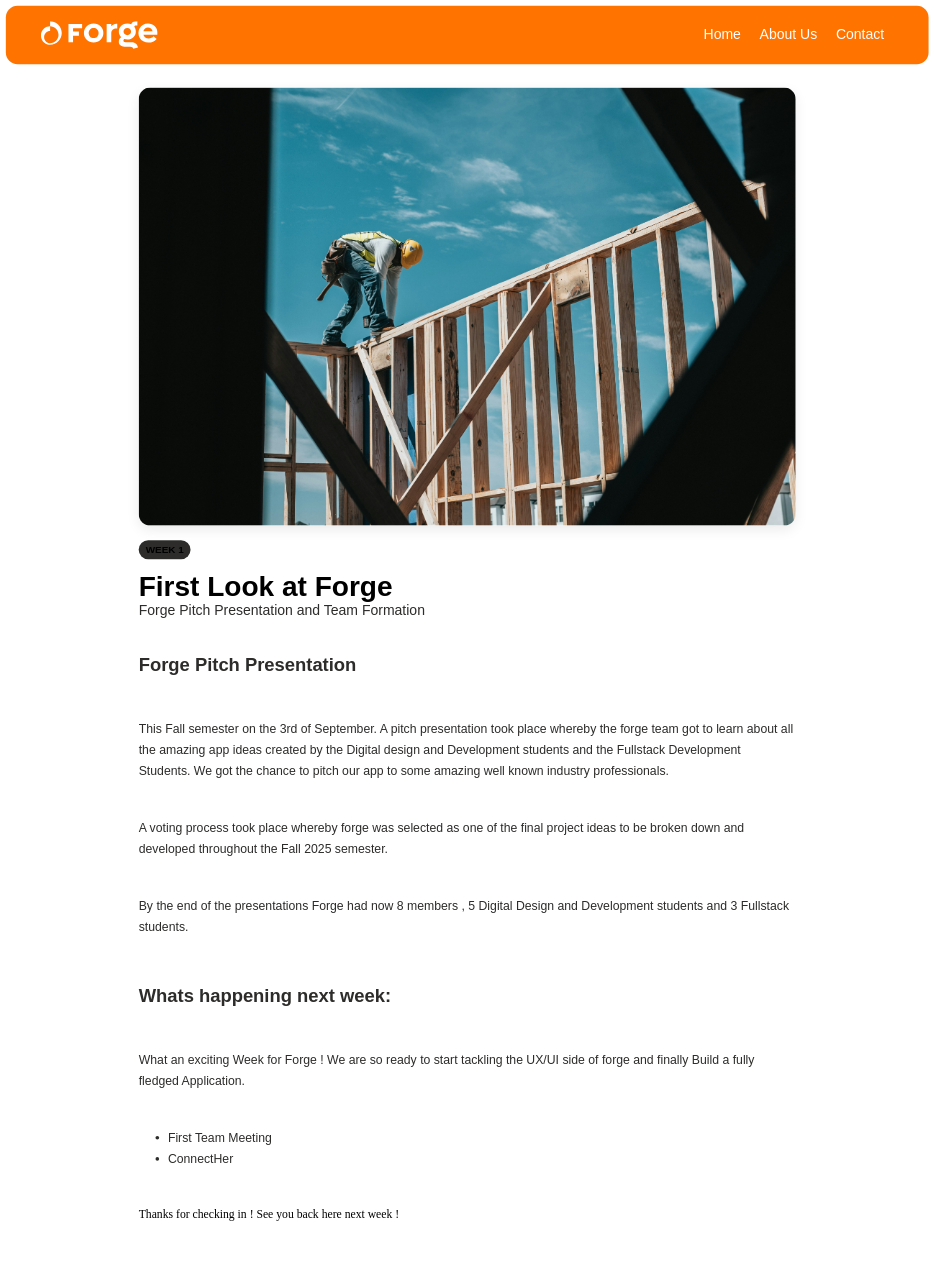
Repository: Forge-IDSP/Blog
Page: /week1
The author's editor kept a copy of each file at every save. The page is drawn from the files as they stood at one save, then again after the next save.
The browser window is 1280 px wide. The pictures show the whole page, at 73% of full size.
The project was rebuilt for these pictures with package versions that can differ from the ones it lists, and the page was loaded fresh each time. Also part of the build but not shown: vite.config.js, src/index.css, src/ui/card/card.module.css, src/ui/card/card.jsx, src/ui/footer/footer.module.css, src/ui/footer/footer.jsx, src/pages/home.jsx, src/pages/week2.jsx and 7 more.

Above is the page before, as saved 2025-10-27 13:12:41.

### index.html
<!DOCTYPE html>
<html lang="en">
    <head>
        <meta charset="UTF-8" />
        <link
            rel="icon"
            type="image/svg+xml"
            href="/vite.svg" />
        <meta
            name="viewport"
            content="width=device-width, initial-scale=1.0" />
        <title>Forge Blog</title>
    </head>
    <body>
        <div id="root"></div>
        <script
            type="module"
            src="/src/main.jsx"></script>
    </body>
</html>

### src/App.jsx
import { BrowserRouter as Router, Routes, Route } from "react-router-dom";
import Home from "./pages/home.jsx";
import Week1 from "./pages/week1.jsx";
import Week2 from "./pages/week2.jsx";
import Week3 from "./pages/week3.jsx";
import Week4 from "./pages/week4.jsx";
import Week5 from "./pages/week5.jsx";
import AboutUs from "./pages/aboutUs.jsx";
import ContactUs from "./pages/contactUs.jsx";

export default function App() {
    return (
        <Router>
            <Routes>
                <Route
                    path='/'
                    element={<Home />}
                />
                <Route
                    path='/week1'
                    element={<Week1 />}
                />
                <Route
                    path='/week2'
                    element={<Week2 />}
                />
                <Route
                    path='/week3'
                    element={<Week3 />}
                />
                <Route
                    path='/week4'
                    element={<Week4 />}
                />
                <Route
                    path='/week5'
                    element={<Week5 />}
                />
                <Route
                    path='/aboutUs'
                    element={<AboutUs />}
                />
                <Route
                    path='/contactUs'
                    element={<ContactUs />}
                />
            </Routes>
        </Router>
    );
}

### src/pages/week1.jsx
import styles from "./blogpost.module.css";
import App from "../App.jsx";
import Header from "../ui/header/header.jsx";

export default function Week1() {
    return (
        <>
            <Header />
            <article className={styles.post}>
                <figure className={styles.hero}>
                    <img
                        src='/blog-image1.jpg'
                        alt='Project Idea Presentation'
                    />
                </figure>

                <header className={styles.post_header}>
                    <span className={styles.week}>Week 1</span>
                    <h1 className={styles.title}>First Look at Forge</h1>
                    <p className={styles.subtitle}>
                        Forge Pitch Presentation and Team Formation
                    </p>
                </header>

                <section className={styles.content}>
                    <h2 className={styles.section_header}>
                        Forge Pitch Presentation
                    </h2>
                    <p>
                        This Fall semester on the 3rd of September. A pitch
                        presentation took place whereby the forge team got to
                        learn about all the amazing app ideas created by the
                        Digital design and Development students and the
                        Fullstack Development Students. We got the chance to
                        pitch our app to some amazing well known industry
                        professionals.
                    </p>
                    <p>
                        A voting process took place whereby forge was selected
                        as one of the final project ideas to be broken down and
                        developed throughout the Fall 2025 semester.
                    </p>
                    <p>
                        By the end of the presentations Forge had now 8 members
                        , 5 Digital Design and Development students and 3
                        Fullstack students.
                    </p>
                </section>
                {/* <section className={styles.content}>
                    <h2>Meet the Team:</h2>
                    <p>Design</p>
                    <div>
                        <img src='/Camer.svg' />
                        <img src='/Camer.svg' />
                        <img src='/Camer.svg' />
                        <img src='/Camer.svg' />
                        <img src='/Camer.svg' />
                    </div>
                    <p>Developemnt</p>
                    <div>
                        <img src='/Camer.svg' />
                        <img src='/Camer.svg' />
                        <img src='/Camer.svg' />
                    </div>
                </section> */}

                <section className={styles.content}>
                    <h2>Whats happening next week:</h2>
                    <p>
                        What an exciting Week for Forge ! We are so ready to
                        start tackling the UX/UI side of forge and finally Build
                        a fully fledged Application.{" "}
                    </p>
                    <ul>
                        <li>First Team Meeting</li>
                        <li>ConnectHer</li>
                    </ul>
                </section>

                <p>Thanks for checking in ! See you back here next week ! </p>
            </article>
        </>
    );
}

### src/ui/header/header.jsx
import style from "./header.module.css";
import { Link } from "react-router-dom";

function Header() {
    return (
        <div className={style.header}>
            <img
                src='/forge-logo.svg'
                alt='Forge Logo'
                className={style.logo}></img>
            <nav className={style.menu}>
                <a
                    className={style.menu_item}
                    href='/'>
                    Home
                </a>
                <Link
                    className={style.menu_item}
                    to='/AboutUs'>
                    About Us
                </Link>

                <Link
                    to='/ContactUs'
                    className={style.menu_item}>
                    Contact
                </Link>
            </nav>
        </div>
    );
}

export default Header;

### src/pages/blogpost.module.css
.post {
    --maxw: 900px;
    margin: 0 auto;
    padding: 1.5rem 3rem;
    max-width: var(--maxw);
    display: grid;
    gap: 1.25rem;
    text-align: left;
}

.hero {
    margin: 0;
    border-radius: 16px;
    overflow: hidden;
    line-height: 0;
    box-shadow: 0 6px 18px rgba(0, 0, 0, 0.08);
}

.hero img {
    width: 100%;
    height: auto;
    display: block;
}

.value_prop_image {
    width: 800;
    height: 450;
}

.header {
    display: grid;
    gap: 0.5rem;
    font-family: var(--font-family);
}

.week {
    display: inline-block;
    font-size: 0.85rem;
    font-weight: bold;
    text-transform: uppercase;
    background: var(--black-500);
    color: var(--black);
    padding: 0.35rem 0.6rem;
    border-radius: 999px;
    width: fit-content;
    margin-bottom: 1rem;
    font-family: var(--font-family);
}

.title {
    font-size: clamp(1.75rem, 3vw, 2.5rem);
    line-height: 1.15;
    margin: 0;
    text-align: left;
    font-family: var(--font-family);
}

.subtitle {
    font-size: clamp(1rem, 2vw, 1.2rem);
    color: var(--black-500);
    margin: 0;
    text-align: left;
    font-family: var(--font-family);
}

.content {
    font-size: 1.05rem;
    line-height: 1.7;
    color: var(--black-500);
    display: grid;
    gap: 1rem;
    text-align: left;
    font-family: var(--font-family);
}

.content a {
    text-decoration: underline;
}

@media (min-width: 1000px) {
    .post {
        padding: 2rem 1rem 3rem;
    }
}

h3 {
    margin-bottom: -20px;
}

### src/App.css
#root {
    /* ----- COLORS ----- */
    --primary-50: #fff1e6;
    --primary-100: #ffd4b0;
    --primary-200: #ffbf8a;
    --primary-300: #ffa155;
    --primary-400: #ff8f34;
    --primary-500: #ff7301;
    --primary-600: #e86901;
    --primary-700: #b55201;
    --primary-800: #8c3f01;
    --primary-900: #6b3000;

    --secondary-50: #eefae6;
    --secondary-100: #cbefb1;
    --secondary-200: #b2e88b;
    --secondary-300: #8fdd55;
    --secondary-400: #79d635;
    --secondary-500: #58cc02;
    --secondary-600: #50ba02;
    --secondary-700: #3e9101;
    --secondary-800: #86967a;
    --secondary-900: #255601;

    /* -- neutral colors -- */

    --offwhite-500: #f9f9f9;
    --white: #ffffff;
    --black-50: #eaeaea;
    --black-100: #bebebd;
    --black-200: #9e9e9d;
    --black-300: #727271;
    --black-400: #575655;
    --black-500: #2d2c2b;

    /* ----- FONT -----  */
    --font-family: "Nunito Sans", sans-serif;
}

.root {
    background-color: var(--white);
    font-family: var(--font-family);
}
.page {
    margin: 0 auto;
    padding: 1rem;
    text-align: center;
    height: 100%;
    margin: 0;
    padding: 0;
    background-color: var(--white);
    display: flex;
    flex-direction: column;
    font-family: var(--font-family);
}

.title {
    font-size: 5rem;
    color: var(--black-500);
    line-height: 5rem;
    margin-bottom: 1rem;
}

.subtitle {
    font-size: 2rem;
    color: var(--black-500);
}

.post_container {
    display: grid;
    grid-template-columns: repeat(3, 1fr);
    gap: 2rem;
    background-color: var(--white);
    padding: 3rem;
    border-radius: 16px;
    align-items: center;
    justify-content: center;
    justify-items: center;
    margin-bottom: 2rem;
    margin-top: 2rem;
}

/* Tablet: 2 columns */
@media (max-width: 1300px) {
    .post_container {
        grid-template-columns: repeat(2, 1fr);
        padding: 1.5rem;
        gap: 1.5rem;
    }
}

/* Mobile: 1 column */
@media (max-width: 600px) {
    .post_container {
        grid-template-columns: 1fr;
        padding: 1rem;
        gap: 1rem;
    }
}

### src/ui/header/header.module.css
.header {
    background-color: var(--primary-500);
    display: flex;
    justify-content: space-between;
    align-items: center;
    padding: 1rem 3rem;
    border-radius: 16px;
}

.logo {
    width: 10rem;
}

.menu {
    display: flex;
    gap: rem;
}

.menu_item {
    font-size: 1.2rem;
    text-decoration: none;
    color: var(--white);
    font-family: var(--font-family);
    padding: 0.8rem;
}

.menu_item:hover {
    font-weight: bold;
    padding: 0.8rem;
    border-radius: 8px;
}

Loaded but not shown: src/main.jsx (common file)

After the next save:
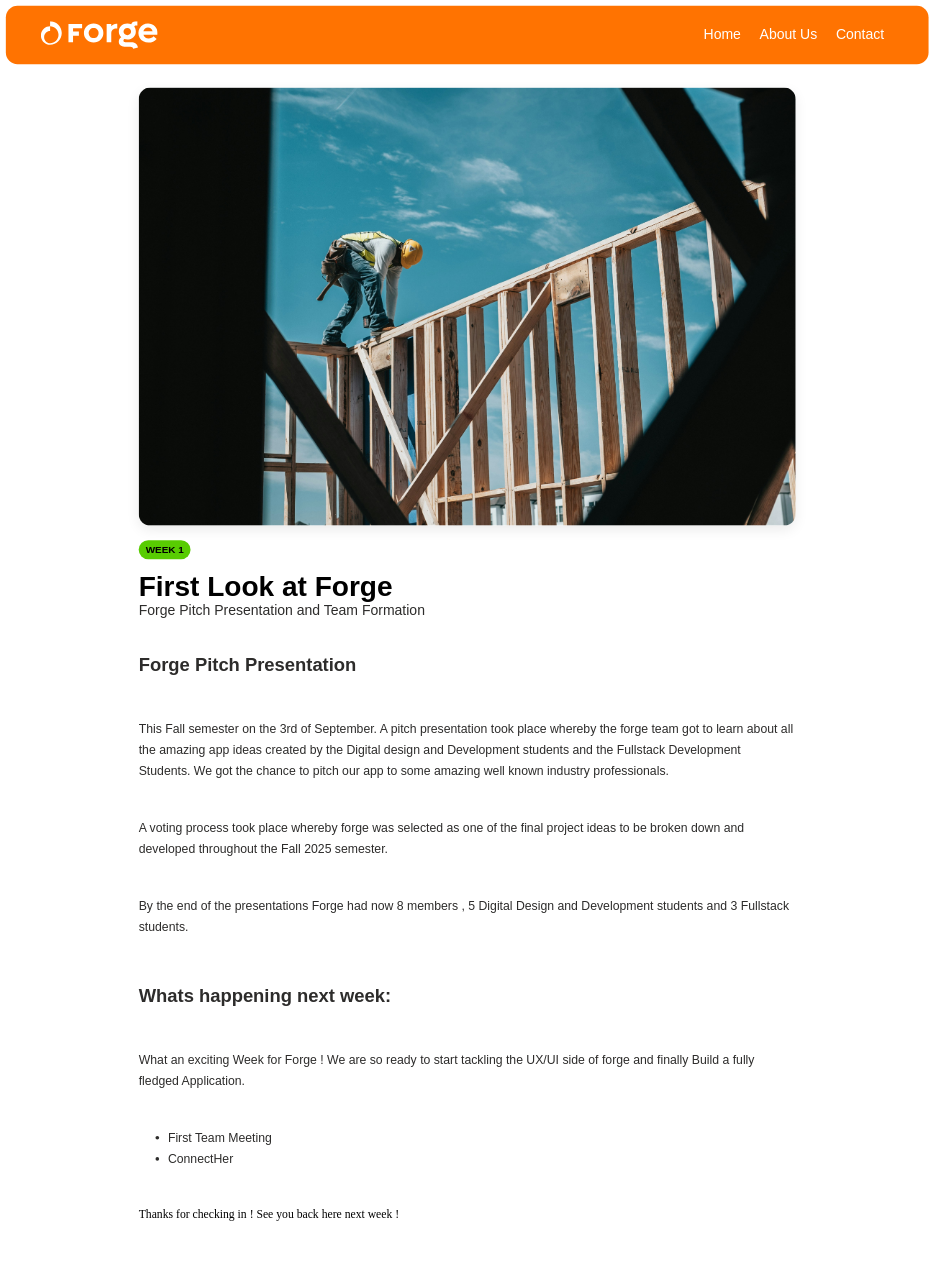
Saved 9 s later.
--- a/src/pages/blogpost.module.css
+++ b/src/pages/blogpost.module.css
@@ -38,7 +38,7 @@
     font-size: 0.85rem;
     font-weight: bold;
     text-transform: uppercase;
-    background: var(--black-500);
+    background: var(--secondary-500);
     color: var(--black);
     padding: 0.35rem 0.6rem;
     border-radius: 999px;
